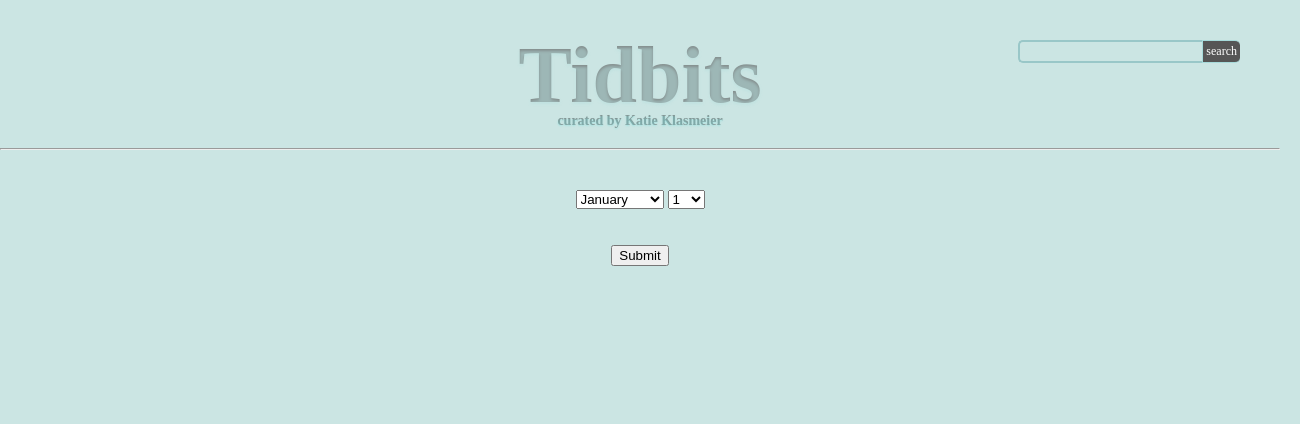
Repository: kklasmei/kklasmei.github.io
Page: tidbits/home.html
The author's editor kept a record of every edit. The page is drawn from the files as they stood at one moment, then again after the next edit.
The browser window is 1280 px wide. The page is 1300 px wide, so the pictures cover 1300 px, including what lies to the right of the window. The pictures show the whole page.

Above is the page before.

After the next edit:
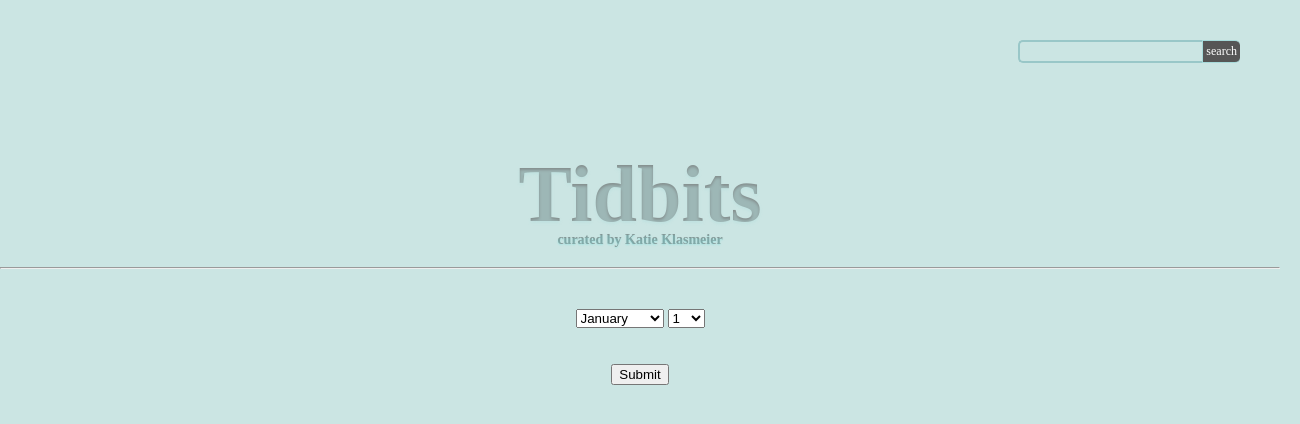
The edit:
--- a/tidbits/tidbits.css
+++ b/tidbits/tidbits.css
@@ -57,7 +57,6 @@
 	float: right;
 	padding: 40px;
 	margin-left: 50%;
-    margin-bottom: -300;
 }
 
 .bar {
